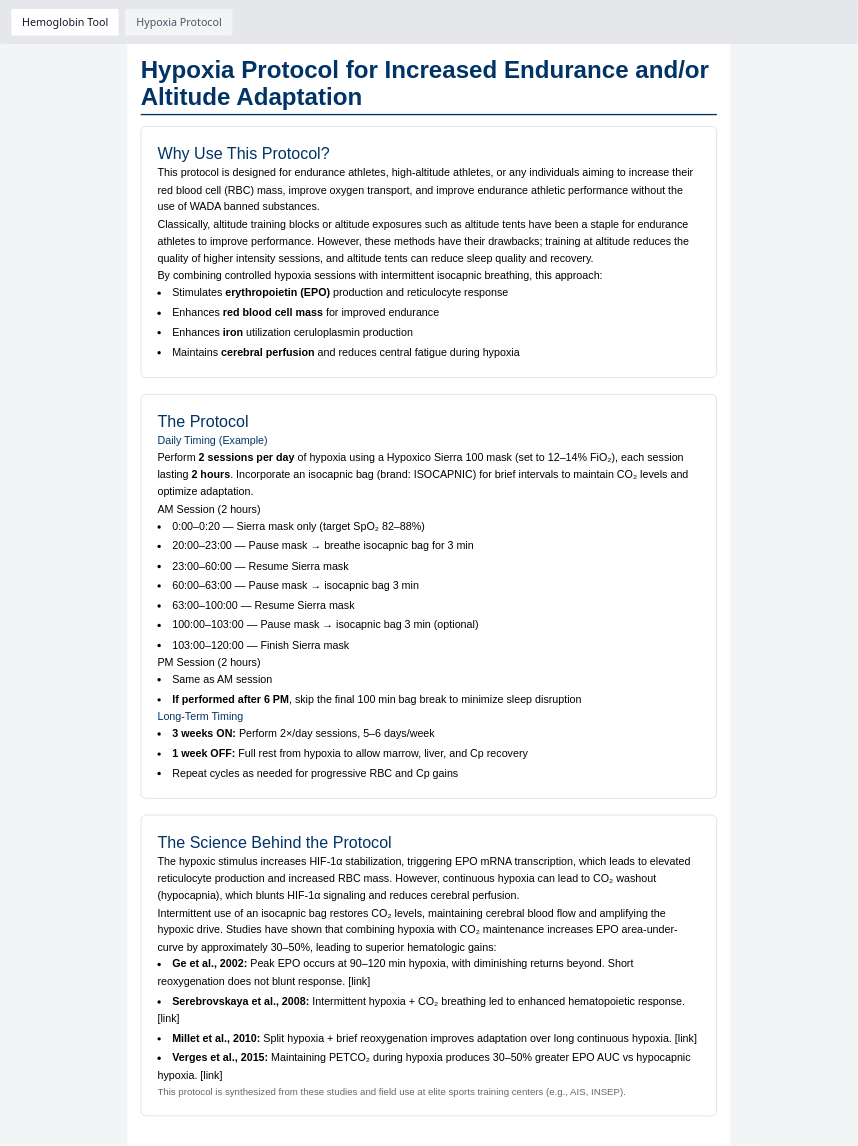
Repository: austenhughes1/hemoglobin_rbc_metrics
Page: hypoxia_protocol.html
The author's editor kept a copy of each file at every save. The page is drawn from the files as they stood at one save, then again after the next save.
The browser window is 1280 px wide. The pictures show the whole page, at 67% of full size.
Some web libraries are served in a nearby version.

Above is the page before, as saved 2025-06-25 13:21:48.

### hypoxia_protocol.html
<!DOCTYPE html>
<html lang="en">
<head>
  <meta charset="UTF-8" />
  <meta name="viewport" content="width=device-width, initial-scale=1.0"/>
  <title>Hemocalc PRO Hypoxia + Isocapnic Bag Protocol</title>
  <script src="https://cdn.tailwindcss.com"></script>
  <style>
    /* Typography & layout for the content area */
    .content {
      font-family: Arial, sans-serif;
      line-height: 1.6;
      padding: 20px;
      max-width: 900px;
      margin: auto;
      background: white;
    }
    h1, h2, h3 { color: #003366; }
    h1 { border-bottom: 2px solid #003366; padding-bottom: 5px; }
    .citation { font-size: 0.9em; color: #666; }
  </style>
</head>
<body class="bg-gray-100 min-h-screen">

  <!-- Full‐width sticky header -->
  <header class="sticky top-0 z-20 bg-gray-200 shadow-sm w-full">
    <nav class="flex justify-start space-x-2 px-4 py-3">
      <a
        href="index.html"
        class="px-4 py-2 border border-b-0 rounded-t bg-white text-gray-900 font-medium whitespace-nowrap"
      >
        Hemoglobin Tool
      </a>
      <a
        href="hypoxia_protocol.html"
        class="px-4 py-2 border border-b-0 rounded-t bg-gray-100 text-gray-600 hover:bg-gray-200 whitespace-nowrap"
      >
        Hypoxia Protocol
      </a>
    </nav>
  </header>

  <!-- Main content container -->
  <div class="content">
    <h1 class="text-4xl font-bold mb-4">Hypoxia Protocol for Increased Endurance and/or Altitude Adaptation</h1>

    <section class="border border-gray-300 rounded-lg p-6 mb-6 bg-white">
        <h2 class="text-2xl">Why Use This Protocol?</h2>
        <p>
        This protocol is designed for endurance athletes, high-altitude athletes, or any individuals aiming to increase their red blood cell (RBC) mass, improve oxygen transport, and improve endurance athletic performance without the use of WADA banned substances.
        </p>
        <p>
        Classically, altitude training blocks or altitude exposures such as altitude tents have been a staple for endurance athletes to improve performance. However, these methods have their drawbacks; training at altitude reduces the quality of higher intensity sessions, and altitude tents can reduce sleep quality and recovery.
        </p>
        <p>By combining controlled hypoxia sessions with intermittent isocapnic breathing, this approach:</p>
        <ul class="list-disc list-inside space-y-1">
            <li>Stimulates <strong>erythropoietin (EPO)</strong> production and reticulocyte response</li>
            <li>Enhances <strong>red blood cell mass</strong> for improved endurance</li>
            <li>Enhances <strong>iron</strong> utilization ceruloplasmin production </li>
            <li>Maintains <strong>cerebral perfusion</strong> and reduces central fatigue during hypoxia</li>
        </ul>
    </section>

    <section class="border border-gray-300 rounded-lg p-6 mb-6 bg-white">
        <h2 class="text-2xl">The Protocol</h2>
        <h3>Daily Timing (Example)</h3>
        <p>
        Perform <strong>2 sessions per day</strong> of hypoxia using a Hypoxico Sierra 100 mask (set to 12–14% FiO₂), each session lasting <strong>2 hours</strong>. Incorporate an isocapnic bag (brand: ISOCAPNIC) for brief intervals to maintain CO₂ levels and optimize adaptation.
        </p>

        <h4>AM Session (2 hours)</h4>
        <ul class="list-disc list-inside space-y-1">
        <li>0:00–0:20 — Sierra mask only (target SpO₂ 82–88%)</li>
        <li>20:00–23:00 — Pause mask → breathe isocapnic bag for 3 min</li>
        <li>23:00–60:00 — Resume Sierra mask</li>
        <li>60:00–63:00 — Pause mask → isocapnic bag 3 min</li>
        <li>63:00–100:00 — Resume Sierra mask</li>
        <li>100:00–103:00 — Pause mask → isocapnic bag 3 min (optional)</li>
        <li>103:00–120:00 — Finish Sierra mask</li>
        </ul>

        <h4>PM Session (2 hours)</h4>
        <ul class="list-disc list-inside space-y-1">
        <li>Same as AM session</li>
        <li><strong>If performed after 6 PM</strong>, skip the final 100 min bag break to minimize sleep disruption</li>
        </ul>

        <h3>Long-Term Timing</h3>
        <ul class="list-disc list-inside space-y-1">
        <li><strong>3 weeks ON:</strong> Perform 2×/day sessions, 5–6 days/week</li>
        <li><strong>1 week OFF:</strong> Full rest from hypoxia to allow marrow, liver, and Cp recovery</li>
        <li>Repeat cycles as needed for progressive RBC and Cp gains</li>
        </ul>
    </section>


    <section class="border border-gray-300 rounded-lg p-6 mb-6 bg-white">
        <h2 class="text-2xl">The Science Behind the Protocol</h2>
        <p>
        The hypoxic stimulus increases HIF-1α stabilization, triggering EPO mRNA transcription, which leads to elevated reticulocyte production and increased RBC mass. However, continuous hypoxia can lead to CO₂ washout (hypocapnia), which blunts HIF-1α signaling and reduces cerebral perfusion.
        </p>
        <p>
        Intermittent use of an isocapnic bag restores CO₂ levels, maintaining cerebral blood flow and amplifying the hypoxic drive. Studies have shown that combining hypoxia with CO₂ maintenance increases EPO area-under-curve by approximately 30–50%, leading to superior hematologic gains:
        </p>
        <ul class="list-disc list-inside space-y-1">
        <li><strong>Ge et al., 2002:</strong> Peak EPO occurs at 90–120 min hypoxia, with diminishing returns beyond. Short reoxygenation does not blunt response. [<a href="https://www.hypoxico.com/wp-content/uploads/2018/04/Determinants-of-erythropoietin-release-in-response-to-short-term-hypobaric-hypoxia.pdf" target="_blank">link</a>]</li>
        <li><strong>Serebrovskaya et al., 2008:</strong> Intermittent hypoxia + CO₂ breathing led to enhanced hematopoietic response. [<a href="https://pubmed.ncbi.nlm.nih.gov/18078855/" target="_blank">link</a>]</li>
        <li><strong>Millet et al., 2010:</strong> Split hypoxia + brief reoxygenation improves adaptation over long continuous hypoxia. [<a href="https://pubmed.ncbi.nlm.nih.gov/20092365/" target="_blank">link</a>]</li>
        <li><strong>Verges et al., 2015:</strong> Maintaining PETCO₂ during hypoxia produces 30–50% greater EPO AUC vs hypocapnic hypoxia. [<a href="https://pubmed.ncbi.nlm.nih.gov/26319812/" target="_blank">link</a>]</li>
        </ul>

        <p class="citation">
        This protocol is synthesized from these studies and field use at elite sports training centers (e.g., AIS, INSEP).
        </p>
    </section>
  </div>
</body>
</html>

After the next save:
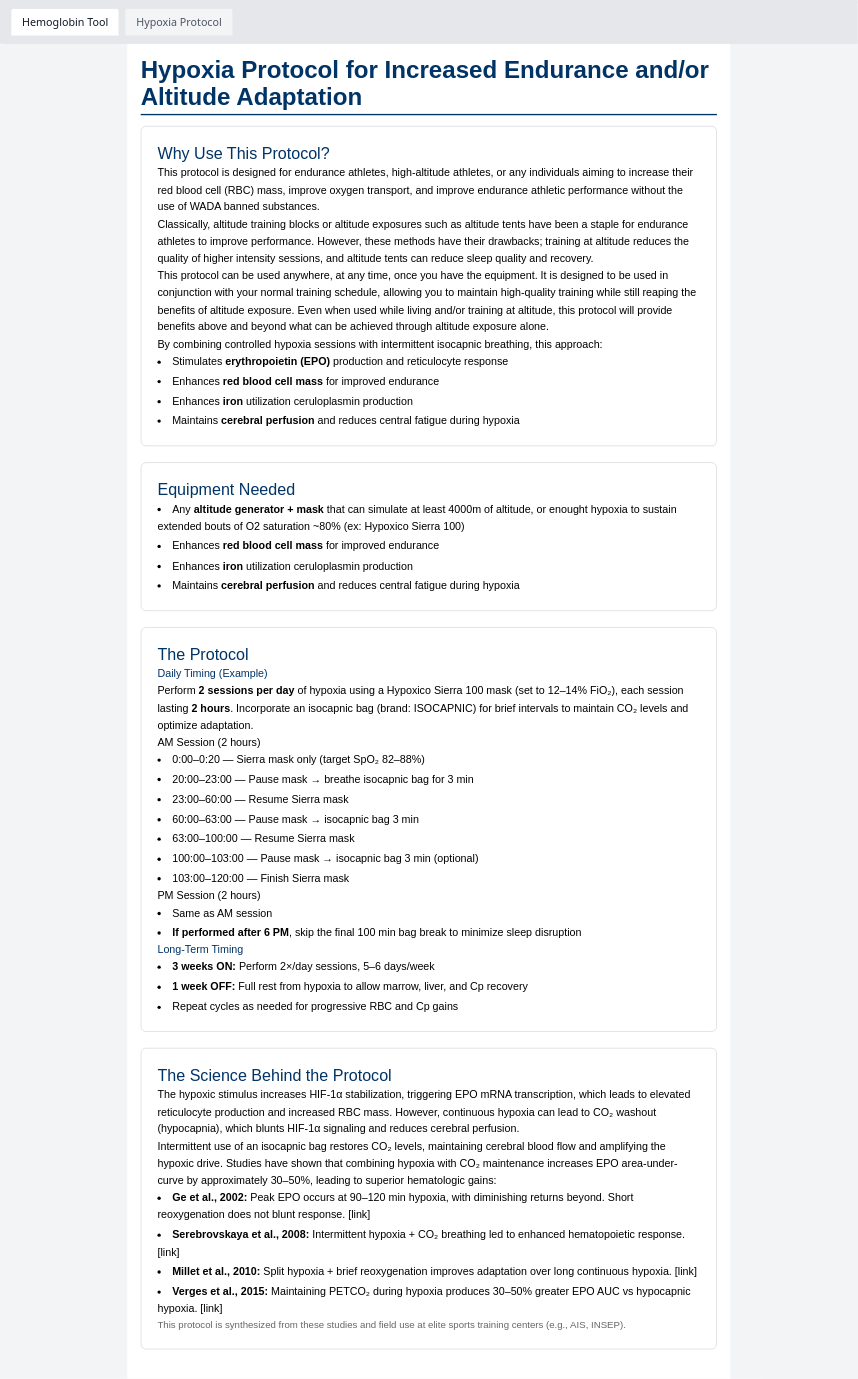
Saved 8 min 25 s later.
--- a/hypoxia_protocol.html
+++ b/hypoxia_protocol.html
@@ -52,9 +52,23 @@
         <p>
         Classically, altitude training blocks or altitude exposures such as altitude tents have been a staple for endurance athletes to improve performance. However, these methods have their drawbacks; training at altitude reduces the quality of higher intensity sessions, and altitude tents can reduce sleep quality and recovery.
         </p>
+        <p>
+        This protocol can be used anywhere, at any time, once you have the equipment. It is designed to be used in conjunction with your normal training schedule, allowing you to maintain high-quality training while still reaping the benefits of altitude exposure. Even when used while living and/or training at altitude, this protocol will provide benefits above and beyond what can be achieved through altitude exposure alone.
+        </p>
         <p>By combining controlled hypoxia sessions with intermittent isocapnic breathing, this approach:</p>
         <ul class="list-disc list-inside space-y-1">
             <li>Stimulates <strong>erythropoietin (EPO)</strong> production and reticulocyte response</li>
+            <li>Enhances <strong>red blood cell mass</strong> for improved endurance</li>
+            <li>Enhances <strong>iron</strong> utilization ceruloplasmin production </li>
+            <li>Maintains <strong>cerebral perfusion</strong> and reduces central fatigue during hypoxia</li>
+        </ul>
+    </section>
+
+    <section class="border border-gray-300 rounded-lg p-6 mb-6 bg-white">
+        <h2 class="text-2xl">Equipment Needed</h2>
+        <ul class="list-disc list-inside space-y-1">
+            <li>Any <strong>altitude generator + mask</strong> that can simulate at least 4000m of altitude, or enought hypoxia to sustain extended bouts of O2 saturation ~80% (ex: <a href="
+                https://hypoxico.com/products/sierra-100">Hypoxico Sierra 100</a>)</li>
             <li>Enhances <strong>red blood cell mass</strong> for improved endurance</li>
             <li>Enhances <strong>iron</strong> utilization ceruloplasmin production </li>
             <li>Maintains <strong>cerebral perfusion</strong> and reduces central fatigue during hypoxia</li>
